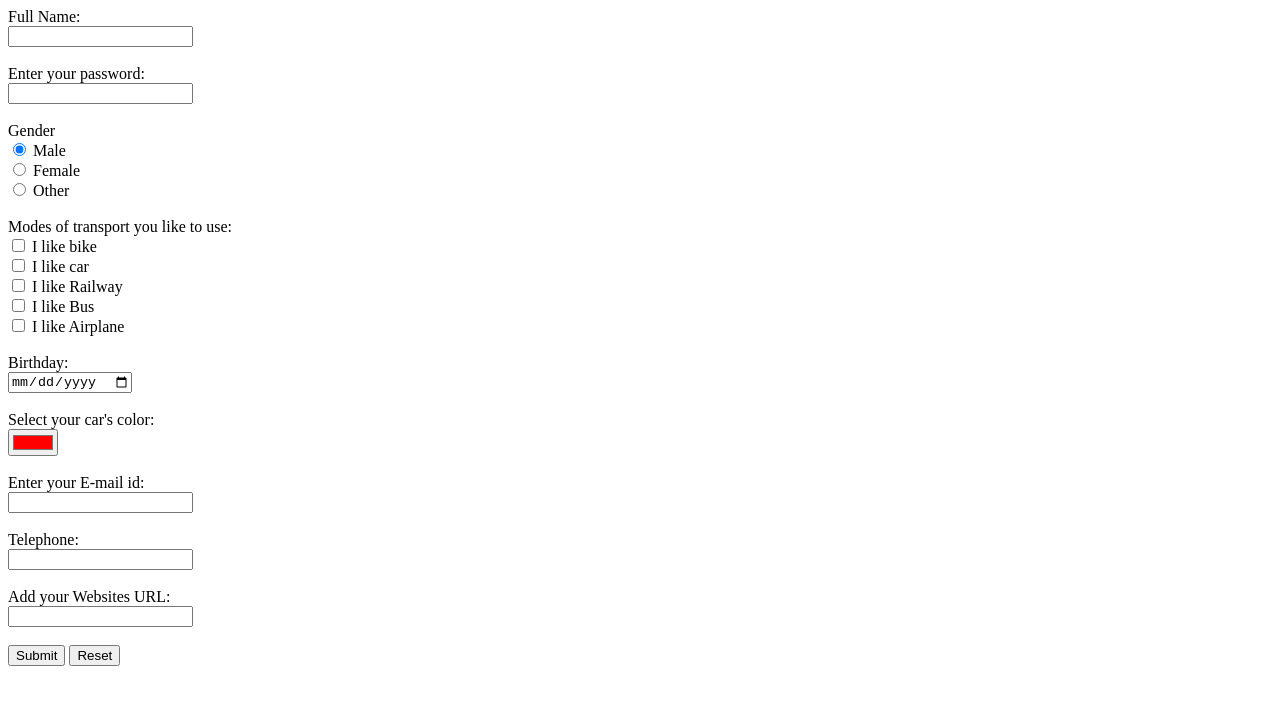
Repository: AdityaParashar93/Homework1_CMPE273
Page: CMPE273/Refresher_JS/WebContent/InputTypes.html
An editor plug-in stored every save of this project. The page is shown before and after the next save, followed by the edit.
The browser window is 1280 px wide. The pictures show the whole page.

Above is the page before, as saved 2016-09-16 05:54:31.

After the next save:
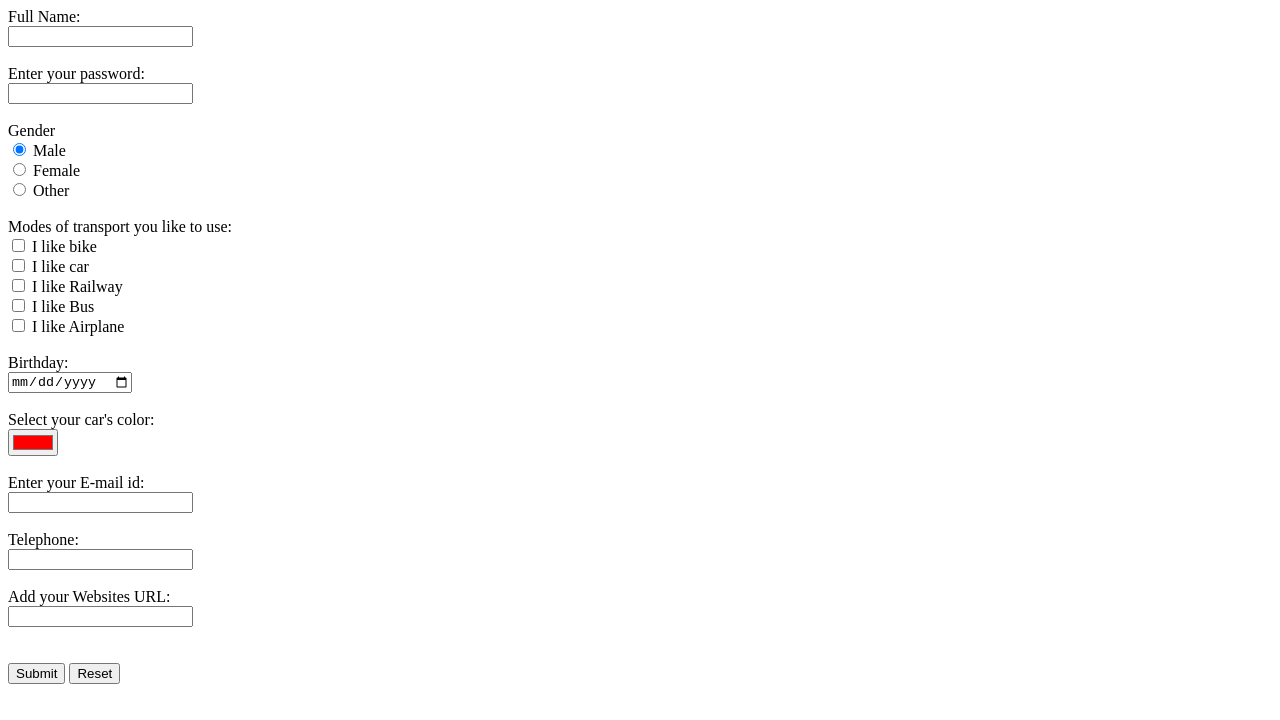
Saved 9 s later.
--- a/CMPE273/Refresher_JS/WebContent/InputTypes.html
+++ b/CMPE273/Refresher_JS/WebContent/InputTypes.html
@@ -29,7 +29,7 @@ Enter your E-mail id:<br>
 Telephone:<br>
 <input type="tel" name="usrtel"><br><br>
 Add your Websites URL:<br>
-<input type="url" name="homepage"><br><br>
+<input type="url" name="homepage"><br><br><br>
  <input type="submit" value="Submit">
   <input type="reset"><br>
 </form>
